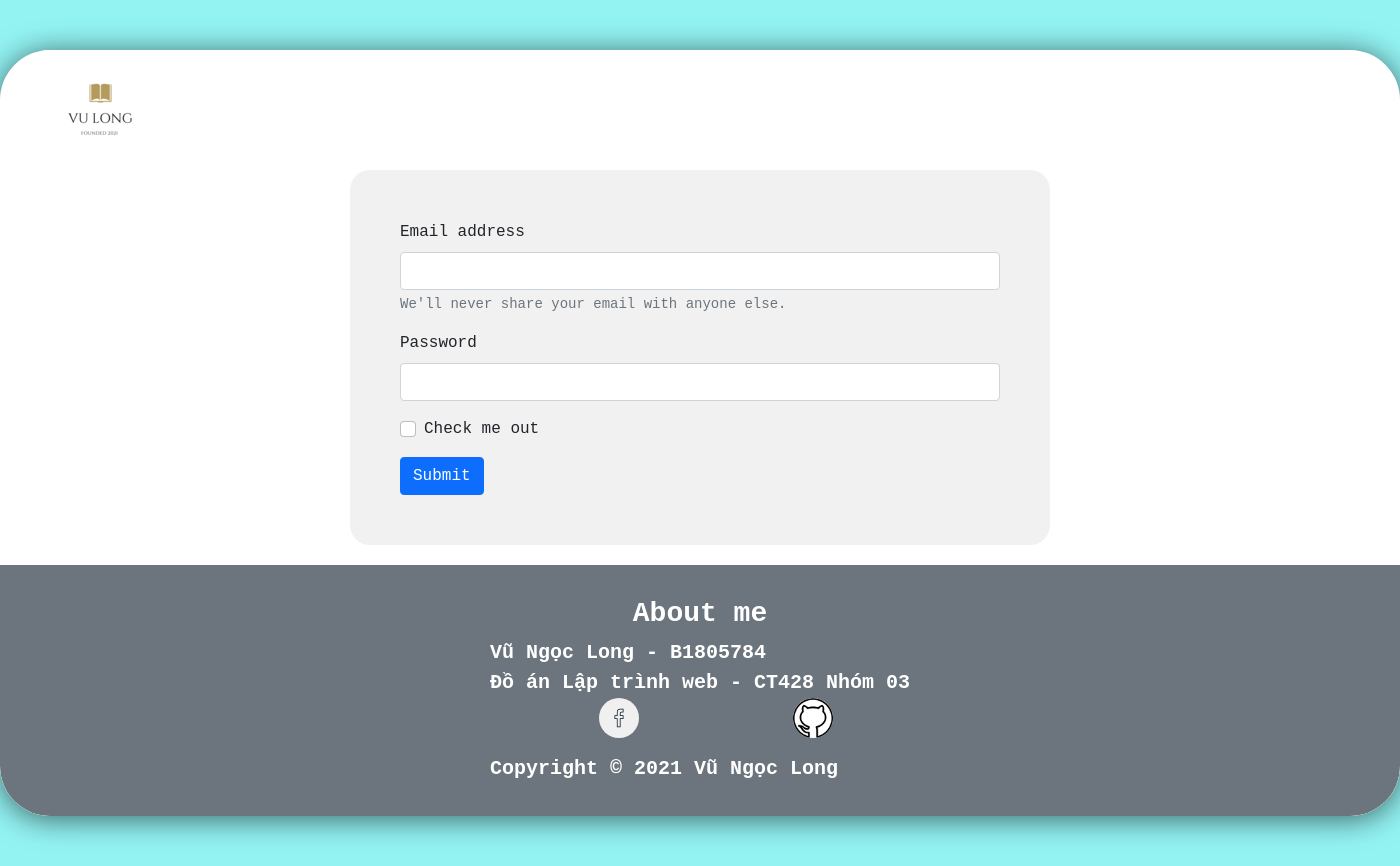
Repository: VuNgocLong2626/exercise_web_CT428
Page: VuNgocLongB1805784/user/dangnhap.html
These files come from the project's save history. The page is drawn as it stood at one moment and after the next save; the edit follows.
The browser window is 1280 px wide. The page is 1400 px wide, so the pictures cover 1400 px, including what lies to the right of the window. The pictures show the whole page.

Above is the page before, as saved 2021-10-05 15:25:49.

### VuNgocLongB1805784/user/dangnhap.html
<!DOCTYPE html>
<html lang="en">
<head>
    <meta charset="UTF-8">
    <meta http-equiv="X-UA-Compatible" content="IE=edge">
    <meta name="viewport" content="width=device-width, initial-scale=1.0">
    <link href="https://cdn.jsdelivr.net/npm/bootstrap@5.0.2/dist/css/bootstrap.min.css" rel="stylesheet" integrity="sha384-EVSTQN3/azprG1Anm3QDgpJLIm9Nao0Yz1ztcQTwFspd3yD65VohhpuuCOmLASjC" crossorigin="anonymous">
    <link rel="stylesheet" href="./css/test.css">
    <title>Document</title>
</head>
<body>
    <div class="main-contens">
        <div class="header">
            <a href="#"><img src="./image/logo120.png" alt="hinh logo" style="margin-left: 40px;"></a>

        </div>

        <div class="from-login">
            <form>
                <div class="mb-3">
                    <label for="exampleInputEmail1" class="form-label">Email address</label>
                    <input type="email" class="form-control" id="exampleInputEmail1" aria-describedby="emailHelp">
                    <div id="emailHelp" class="form-text">We'll never share your email with anyone else.</div>
                </div>
                <div class="mb-3">
                    <label for="exampleInputPassword1" class="form-label">Password</label>
                    <input type="password" class="form-control" id="exampleInputPassword1">
                </div>
                <div class="mb-3 form-check">
                    <input type="checkbox" class="form-check-input" id="exampleCheck1">
                    <label class="form-check-label" for="exampleCheck1">Check me out</label>
                </div>
                <button type="submit" class="btn btn-primary">Submit</button>
              </form>
        </div>

        <footer>
            <h3 style="font-weight: bold;">About me</h3>
            <div class=>
                <div>Vũ Ngọc Long - B1805784
                    <br>
                    Đồ án Lập trình web - CT428 Nhóm 03
                </div>
                <ul style="list-style: none; display: flex;">
                    <li><a href="#" target="_blank"><img src="./image/fb.png" alt="Github icon" style="width: 40px;height: 40px; border-radius: 200px;"></a></li>
                    <li><a href="#" target="_blank"><img src="./image/github.png" alt="Linked icon" style="width: 40px;height: 40px; border-radius: 200px;"></a></li>
                </ul>
                <div>
                    Copyright © 2021 Vũ Ngọc Long
                </div>
            </div>
        </footer>
    </div>
</body>
</html>

### VuNgocLongB1805784/user/css/test.css
* {
    margin: 0;
    padding: 0;
    box-sizing: border-box;
  }

body{
    font-family: 'Courier New', Courier, monospace;
    /* font-family: 'Times New Roman', Times, serif; */
    background-color: rgb(147, 243, 243);
}

.main-contens{
    overflow: auto;
    display: block;
    width: 1400px;
    height: 100%;
    background-color: white;
    margin: 50px auto;
    border-radius: 50px;
    box-shadow:0 3px 30px 0 rgba(0, 0, 0, 0.6);
}

/* header{
    z-index: 1200;
    position: -webkit-sticky;
    position: sticky;
    background-color: red;
    width: 100%;
    height: 100px;
} */

.header{

    position: -webkit-sticky;
    position: sticky;
    height: 120px;
    width: 100%;
    /* background-color: brown;  */
    z-index: 3333;
    justify-content: space-between;
    display: flex;
    align-items: center;
    left: 0;
    top: 0;
}

.from-individual{
    justify-content: flex-end;
    display: flex;
    margin-right: 50px;
}

/* .fa{
    display: inline-block;
    font: normal normal normal 14px/1 FontAwesome;
    text-rendering: auto;
    -webkit-font-smoothing: antialiased;
}

.fa-login{
    content: "\f090";
} */

.login{
    padding: 10px;
}

.register{
    padding: 10px;
}

.main-contens .baner{
    display: flexbox;
    margin: auto;
    /* background: violet; */
    background-image: none;
    background-repeat: no-repeat;
    background-position: center center;
    background-size: cover;
    width: 95%;
    height: 484px;
    margin: auto;
    margin-top: 20px;

}
.baner img{
    box-shadow:0 3px 20px 0 rgba(0, 0, 0, 0.6);
    border-radius: 100px;
    display: block;
    width: 100%;
    height: 474px;
}


.selling-products{
    overflow: auto;
    margin-top: 20px;
    /*  background-color: lawngreen; */
    width: 100%;
    height: 450px;
    /* display: flex; */
}

.selling-products .selling{
    width: 47%;
    height: 320px;
    overflow: auto;
    background-color: #f1f1f1;
    margin: 10px auto;
    box-shadow:0 3px 10px 0 rgba(0, 0, 0, 0.6);
    border-radius: 20px;
    /* padding: 20px; */
    /* font-size: 30px; */
}

.row-style{
    width: 658px;
    height: 320px;
}

.selling-products .title{
    display: block;
    width: 100%;
    height: 15%;
    /* background-color: #f1f1f1; */
    margin: 10px auto;
    padding-left: 40px;
    font-size: 35px;
    font-weight: bold;
    color: #6c757d;

}

.information-hot{
    display: flex;
    width: 100%;
    height: 350px;
}

.title-hot{
    margin: 20px 0;
    font-size: 20px;
    font-weight: bold;
}

.content-hot{
    height: 210px;
    width: 360px;
    overflow: auto;
}

.btn-hot{
    margin: 0 60px;
    font-size: 18px;
    width: 200px;
}

.all-products{
    overflow: auto;
    margin-top: 40px;
    /* background-color: red; */
    width: 100%;
    height: 1500px;
}

.all-products nav{
    overflow: auto;
    margin-top: 10px;
    width: 100%;
    height: 50px;
    /* background-color: rgb(52, 226, 12); */
    display: flex;
    justify-content: center;
}

nav > button{
    margin: 0 20px;
}

.all-products .products{
    /* display: flexbox; */
    overflow: auto;
    width: 100%;
    height: 1400px;
    /* background-color: gold; */
    /* justify-items: center;
    align-content: center; */
    padding-left: 60px;
}

.books{
    overflow: auto;
    float: left;
    width: 22%;
    height: 420px;
    background-color: #f1f1f1;
    margin: 13px 13px;
    border-radius: 20px;
}

.books:hover{
    box-shadow:0 3px 10px 0 rgba(0, 0, 0, 0.6);
    border-radius: 20px;
}

footer{
    height: 251px;
    border-radius: 0 0 50px 50px;
    width: 100%;
    background-color: #6c757d;
    margin-top: 20px;
    padding: 30px 0;
    display: flex;
    flex-direction: column;
    justify-content: center;
    align-items: center;
    color: white;
    font-size: 20px;
    font-weight: bold;
}

footer li{
    margin: auto;
}

.from-detail{
    /* overflow: auto; */
    margin: auto;
    height: 100%;
    width: 60%;
    background-color: #f1f1f1;
    border-radius: 50px;
}

.from-detail:hover{
    box-shadow:0 3px 10px 0 rgba(0, 0, 0, 0.6);
}

.all-cart{
    width: 90%;
    height: 100%;
    margin: auto;
    align-items: center;
    justify-content: center;
    justify-items: center;
}

.all-cart > h2{
    color: #6c757d;
    font-weight: bold;
    margin-bottom: 30px;
}

.from-login{
    margin: auto;
    width: 50%;
    background-color: #f1f1f1;
    border-radius: 20px;
}

.from-login > form{
    padding: 50px;
}

After the next save:
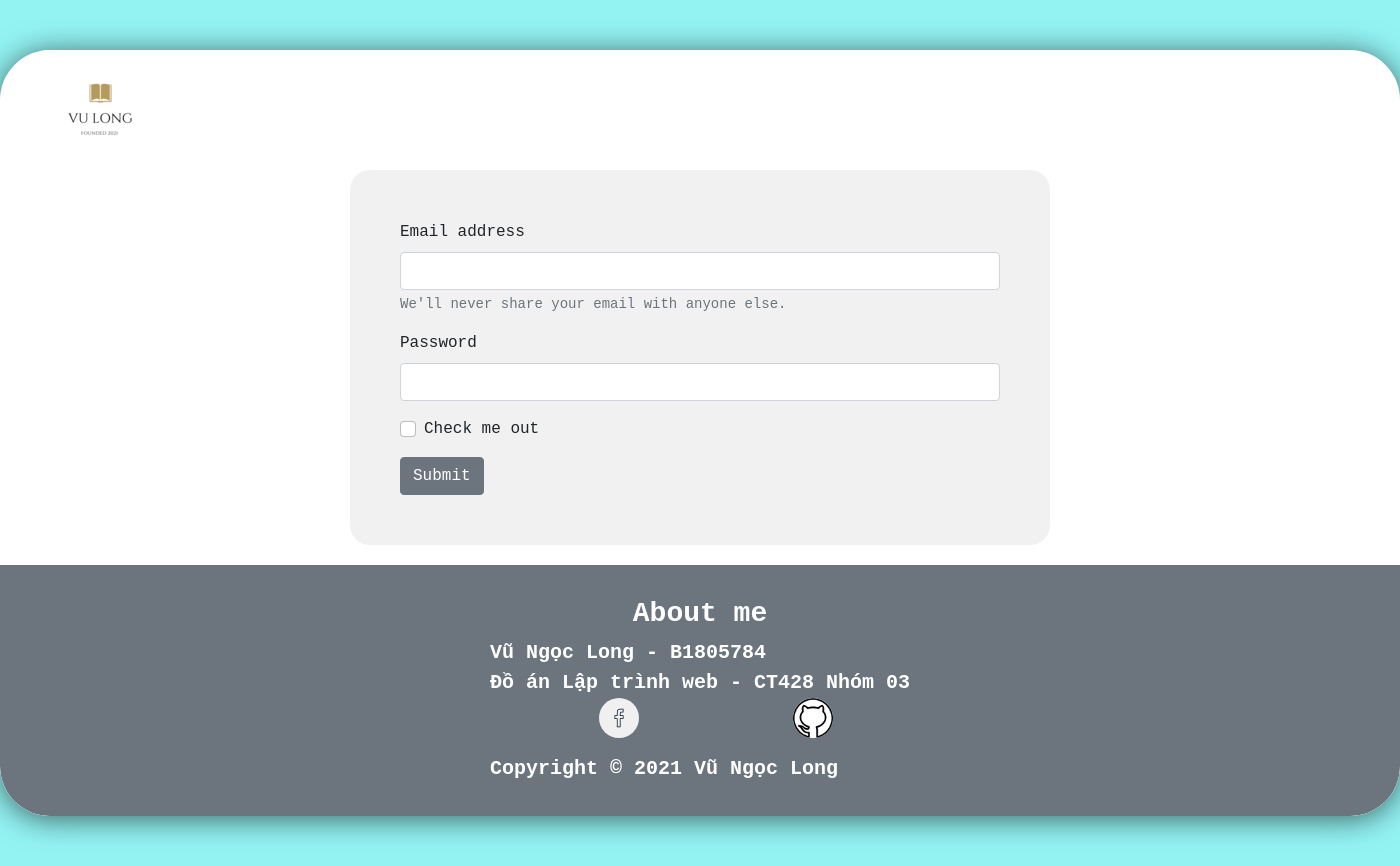
Saved 86 s later.
--- a/VuNgocLongB1805784/user/dangnhap.html
+++ b/VuNgocLongB1805784/user/dangnhap.html
@@ -30,7 +30,7 @@
                     <input type="checkbox" class="form-check-input" id="exampleCheck1">
                     <label class="form-check-label" for="exampleCheck1">Check me out</label>
                 </div>
-                <button type="submit" class="btn btn-primary">Submit</button>
+                <button type="submit" class="btn btn-secondary">Submit</button>
               </form>
         </div>
 
